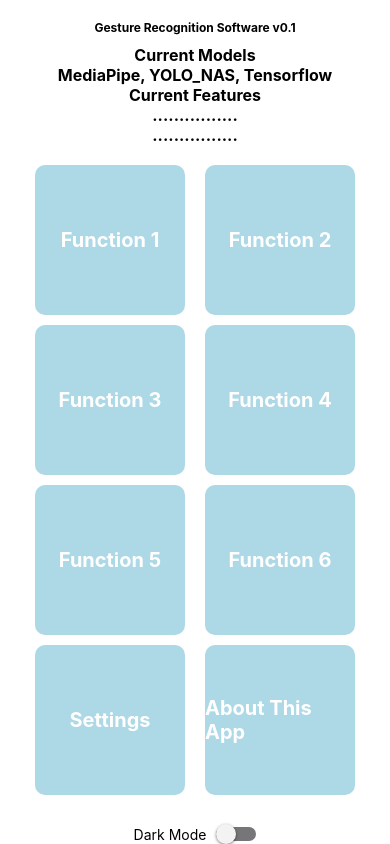
Repository: hajin-park/V-QUIP
Page: / (app in frontend/react-native-app/)
The author's editor kept a copy of each file at every save. The page is drawn from the files as they stood at one save, then again after the next save.
The browser window is 390 px wide. The pictures show the whole page.
The app was drawn by React Native's web renderer in a window 390 px wide. The project was rebuilt for these pictures with package versions that can differ from the ones it lists, and the page was loaded fresh each time.

Above is the page before, as saved 2024-04-07 23:58:42.

### frontend/react-native-app/App.js
import React, { useState } from 'react';
import { StatusBar } from 'expo-status-bar';
import { StyleSheet, Text, View, TouchableOpacity, Switch } from 'react-native';

export default function App() {
  const [darkMode, setDarkMode] = useState(false);

  const handleOptionClick = (option) => {
    // Handle click event for the selected option
    console.log(`Function ${option} clicked`);
  };

  return (
    <View style={[styles.container, darkMode && styles.darkContainer]}>
      <Text style={[styles.title, darkMode && styles.darkText]}>Gesture Recognition Software v0.1</Text>
      <View style={styles.infoBox}>
        <Text style={[styles.infoText, darkMode && styles.darkText]}>Current Models</Text>
        <Text style={[styles.infoText, darkMode && styles.darkText]}>MediaPipe, YOLO_NAS, Tensorflow</Text>
        <Text style={[styles.infoText, darkMode && styles.darkText]}>Current Features</Text>
        <Text style={[styles.infoText, darkMode && styles.darkText]}>................</Text>
        <Text style={[styles.infoText, darkMode && styles.darkText]}>................</Text>
      </View>
      <View style={styles.content}>
        <View style={styles.row}>
          <TouchableOpacity style={[styles.box, darkMode && styles.darkBox]} onPress={() => handleOptionClick(1)}>
            <Text style={[styles.text, darkMode && styles.darkText]}>Function 1</Text>
          </TouchableOpacity>
          <TouchableOpacity style={[styles.box, darkMode && styles.darkBox]} onPress={() => handleOptionClick(2)}>
            <Text style={[styles.text, darkMode && styles.darkText]}>Function 2</Text>
          </TouchableOpacity>
        </View>
        <View style={styles.row}>
          <TouchableOpacity style={[styles.box, darkMode && styles.darkBox]} onPress={() => handleOptionClick(3)}>
            <Text style={[styles.text, darkMode && styles.darkText]}>Function 3</Text>
          </TouchableOpacity>
          <TouchableOpacity style={[styles.box, darkMode && styles.darkBox]} onPress={() => handleOptionClick(4)}>
            <Text style={[styles.text, darkMode && styles.darkText]}>Function 4</Text>
          </TouchableOpacity>
        </View>
        <View style={styles.row}>
          <TouchableOpacity style={[styles.box, darkMode && styles.darkBox]} onPress={() => handleOptionClick(5)}>
            <Text style={[styles.text, darkMode && styles.darkText]}>Function 5</Text>
          </TouchableOpacity>
          <TouchableOpacity style={[styles.box, darkMode && styles.darkBox]} onPress={() => handleOptionClick(6)}>
            <Text style={[styles.text, darkMode && styles.darkText]}>Function 6</Text>
          </TouchableOpacity>
        </View>
        {/* Add Settings and About This App boxes below */}
        <View style={styles.row}>
          <TouchableOpacity style={[styles.box, darkMode && styles.darkBox]} onPress={() => handleOptionClick('Settings')}>
            <Text style={[styles.text, darkMode && styles.darkText]}>Settings</Text>
          </TouchableOpacity>
          <TouchableOpacity style={[styles.box, darkMode && styles.darkBox]} onPress={() => handleOptionClick('About')}>
            <Text style={[styles.text, darkMode && styles.darkText]}>About This App</Text>
          </TouchableOpacity>
        </View>
      </View>
      <View style={styles.darkModeSwitchContainer}>
        <Text style={[styles.darkModeText, darkMode && styles.darkText]}>Dark Mode</Text>
        <Switch
          trackColor={{ false: "#767577", true: "#81b0ff" }}
          thumbColor={darkMode ? "#f5dd4b" : "#f4f3f4"}
          ios_backgroundColor="#3e3e3e"
          onValueChange={() => setDarkMode(!darkMode)}
          value={darkMode}
        />
      </View>
      <StatusBar style="auto" />
    </View>
  );
}

const styles = StyleSheet.create({
  container: {
    flex: 1,
    backgroundColor: '#fff',
    paddingHorizontal: 10,
    paddingTop: 20,
  },
  darkContainer: {
    backgroundColor: '#121212',
  },
  title: {
    fontSize: 12,
    fontWeight: 'bold',
    marginBottom: 10,
    textAlign: 'center',
  },
  darkText: {
    color: '#ffffff',
  },
  infoBox: {
    alignItems: 'center',
    marginBottom: 20,
  },
  infoText: {
    fontSize: 16,
    fontWeight: 'bold',
    color: '#000000',
  },
  content: {
    flex: 1,
    alignItems: 'center',
  },
  row: {
    flexDirection: 'row',
    justifyContent: 'center',
    marginBottom: 10,
  },
  box: {
    width: 150,
    height: 150,
    backgroundColor: '#ADD8E6', // Light blue color
    borderRadius: 10, // Rounded edges
    alignItems: 'center',
    justifyContent: 'center',
    marginHorizontal: 10,
  },
  text: {
    fontSize: 20,
    fontWeight: 'bold',
    color: '#FFFFFF', // White text color
  },
  darkBox: {
    backgroundColor: '#2d2d2d', // Dark gray color
  },
  darkModeSwitchContainer: {
    flexDirection: 'row',
    alignItems: 'center',
    justifyContent: 'center',
  },
  darkModeText: {
    marginRight: 10,
    color: '#000000',
  },
});

After the next save:
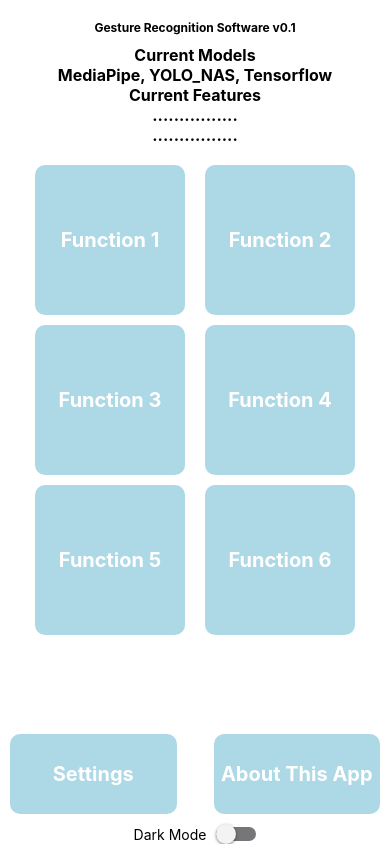
Saved 63 s later.
--- a/frontend/react-native-app/App.js
+++ b/frontend/react-native-app/App.js
@@ -45,15 +45,15 @@ export default function App() {
             <Text style={[styles.text, darkMode && styles.darkText]}>Function 6</Text>
           </TouchableOpacity>
         </View>
-        {/* Add Settings and About This App boxes below */}
-        <View style={styles.row}>
-          <TouchableOpacity style={[styles.box, darkMode && styles.darkBox]} onPress={() => handleOptionClick('Settings')}>
-            <Text style={[styles.text, darkMode && styles.darkText]}>Settings</Text>
-          </TouchableOpacity>
-          <TouchableOpacity style={[styles.box, darkMode && styles.darkBox]} onPress={() => handleOptionClick('About')}>
-            <Text style={[styles.text, darkMode && styles.darkText]}>About This App</Text>
-          </TouchableOpacity>
-        </View>
+      </View>
+      {/* Settings and About This App boxes */}
+      <View style={styles.horizontalContainer}>
+        <TouchableOpacity style={[styles.horizontalBox, darkMode && styles.darkBox]} onPress={() => handleOptionClick('Settings')}>
+          <Text style={[styles.text, darkMode && styles.darkText]}>Settings</Text>
+        </TouchableOpacity>
+        <TouchableOpacity style={[styles.horizontalBox, darkMode && styles.darkBox]} onPress={() => handleOptionClick('About')}>
+          <Text style={[styles.text, darkMode && styles.darkText]}>About This App</Text>
+        </TouchableOpacity>
       </View>
       <View style={styles.darkModeSwitchContainer}>
         <Text style={[styles.darkModeText, darkMode && styles.darkText]}>Dark Mode</Text>
@@ -124,6 +124,19 @@ const styles = StyleSheet.create({
   darkBox: {
     backgroundColor: '#2d2d2d', // Dark gray color
   },
+  horizontalContainer: {
+    flexDirection: 'row',
+    justifyContent: 'space-between',
+    marginBottom: 10,
+  },
+  horizontalBox: {
+    width: '45%',
+    height: 80,
+    backgroundColor: '#ADD8E6', // Light blue color
+    borderRadius: 10, // Rounded edges
+    alignItems: 'center',
+    justifyContent: 'center',
+  },
   darkModeSwitchContainer: {
     flexDirection: 'row',
     alignItems: 'center',
